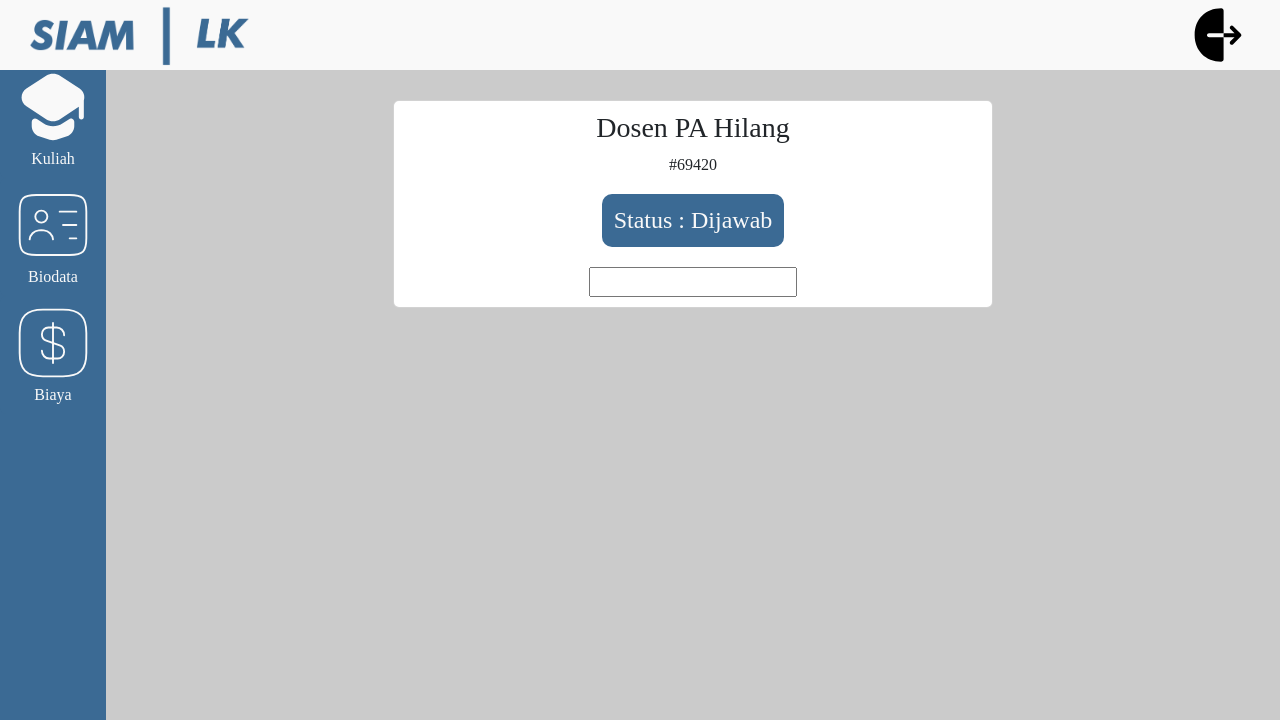
Repository: haikalirf/Project-IMK
Page: lihattiket.html
These files come from the project's save history. The page is drawn as it stood at one moment and after the next save; the edit follows.
The browser window is 1280 px wide. The pictures show the whole page.
Some web fonts or font styles are not loaded; a fallback is used.

Above is the page before, as saved 2022-12-14 19:32:02.
Not found: scripts/.js

### lihattiket.html
<!DOCTYPE html>
<html lang="en">
<head>
	<meta charset="UTF-8">
	<meta http-equiv="X-UA-Compatible" content="IE=edge">
	<meta name="viewport" content="width=device-width, initial-scale=1.0">
	<title>SIAM</title>
	<link rel="icon" href="/assets/logo_ub.ico">
	<link rel="stylesheet" href="https://cdn.jsdelivr.net/npm/bootstrap@5.2.3/dist/css/bootstrap.min.css" integrity="sha384-rbsA2VBKQhggwzxH7pPCaAqO46MgnOM80zW1RWuH61DGLwZJEdK2Kadq2F9CUG65" crossorigin="anonymous">
	<link rel="stylesheet" href="/styles/lihattiket.css">
</head>
<body>
	<nav class="navbar" id="navbar">
		<div class="navbar-left">
			<a class="navbar-brand" href="/kuliah.html">
				<img class="navbar-image" src="/assets/SIAM.png" alt="SIAM">
			</a>
			<img src="/assets/Garis.svg" alt="">
			<a class="navbar-extra" href="kemahasiswaan.html">
				<img class="navbar-image" src="assets/LK.png" alt="Layanan Kemahasiswaan">
			</a>
		</div>
		<a class="navbar-link" href="landing.html">
			<img id="navbar-image" src="/assets/Logout.svg" alt="Logout">
		</a>
	</nav>
	<div class="mh-100" id="sidebar">
		<a class="btn" href="kuliah.html">
			<img id="sidebar-kuliah" src="/assets/Kuliah Logo.svg" alt="Kuliah">
			<label for="sidebar-kuliah">Kuliah</label>
		</a>
		<a class="btn" href="">
			<img id="sidebar-biodata" src="/assets/Biodata Logo Kosong.svg" alt="Biodata">
			<label for="sidebar-biodata">Biodata</label>
		</a>
		<a class="btn" href="">
			<img id="sidebar-biaya" src="/assets/Biaya Logo Kosong.svg" alt="Biaya">
			<label for="sidebar-biaya">Biaya</label>
		</a>
	</div>
	<main>
		<div class="card">
			<h3>Dosen PA Hilang</h3>
			<h6>#69420</h6>
			<div class="status">
				<h4>Status : Dijawab</h4>
			</div>
			<input type="text">
		</div>
	</main>
	<script src="https://cdn.jsdelivr.net/npm/bootstrap@5.2.3/dist/js/bootstrap.bundle.min.js" integrity="sha384-kenU1KFdBIe4zVF0s0G1M5b4hcpxyD9F7jL+jjXkk+Q2h455rYXK/7HAuoJl+0I4" crossorigin="anonymous"></script>
	<script src="/scripts/.js"></script>
</body>
</html>

### styles/lihattiket.css
/* CSS Reset */
/*
	Josh's Custom CSS Reset
	https://www.joshwcomeau.com/css/custom-css-reset/
*/
*, *::before, *::after {
	box-sizing: border-box;
}
  * {
	margin: 0;
}
html, body {
	height: 100%;
}
body {
	line-height: 1.5;
	-webkit-font-smoothing: antialiased;
}
img, picture, video, canvas, svg {
	display: block;
	max-width: 100%;
}
input, button, textarea, select {
	font: inherit;
}
p, h1, h2, h3, h4, h5, h6 {
	overflow-wrap: break-word;
}
#root, #__next {
	isolation: isolate;
}
/* CSS Reset ends */

body {
	background-color: #cbcbcb;
	font-family: 'readex';
	font-size: 16px;
}

@font-face {
	font-family: 'readex';
	src:url('/assets/fonts/ReadexPro-Medium.ttf');
}

#navbar {
	display: flex;
	justify-content: space-between;
	position: fixed;
	background-color: #f9f9f9;
	z-index: 1;
	width: 100%;
	padding: 0px 30px;
}

.navbar-left {
	display: flex;
	align-items: center;
}

.navbar-image {
	height: 50px;
}

.navbar-extra {
	padding-bottom: 5px;
	margin-left: 15px;
}

main {
	padding-top: 100px;
	padding-bottom: 40px;
	padding-left: 106px;
	display: flex;
	flex-direction: column;
	align-items: center;
	height: 100vh;
	gap: 20px;
}

#sidebar {
	background-color: #3b6a94;
	display: flex;
	flex-direction: column;
	flex: 1;
	position: fixed;
	height: 100vh;
	padding-top: 60px;
}

#sidebar a:hover {
	background-color: #266093;
}

#sidebar img {
	width: 80px;
	height: 80px;
}

a img, a label {
	color: #f9f9f9;
}

.btn {
	background-color: #3b6a94;
}

.btn:hover {
	background-color: #266093;
}

.card {
	display: flex;
	justify-content: center;
	align-items: center;
	width: 600px;
}

.card * {
	margin: 10px;
}

.card h6 {
	margin-top: 0px;
}

.status {
	background-color: #3b6a94;
	border-radius: 10px;
	color: #f9f9f9;
	padding: 2px;
}

After the next save:
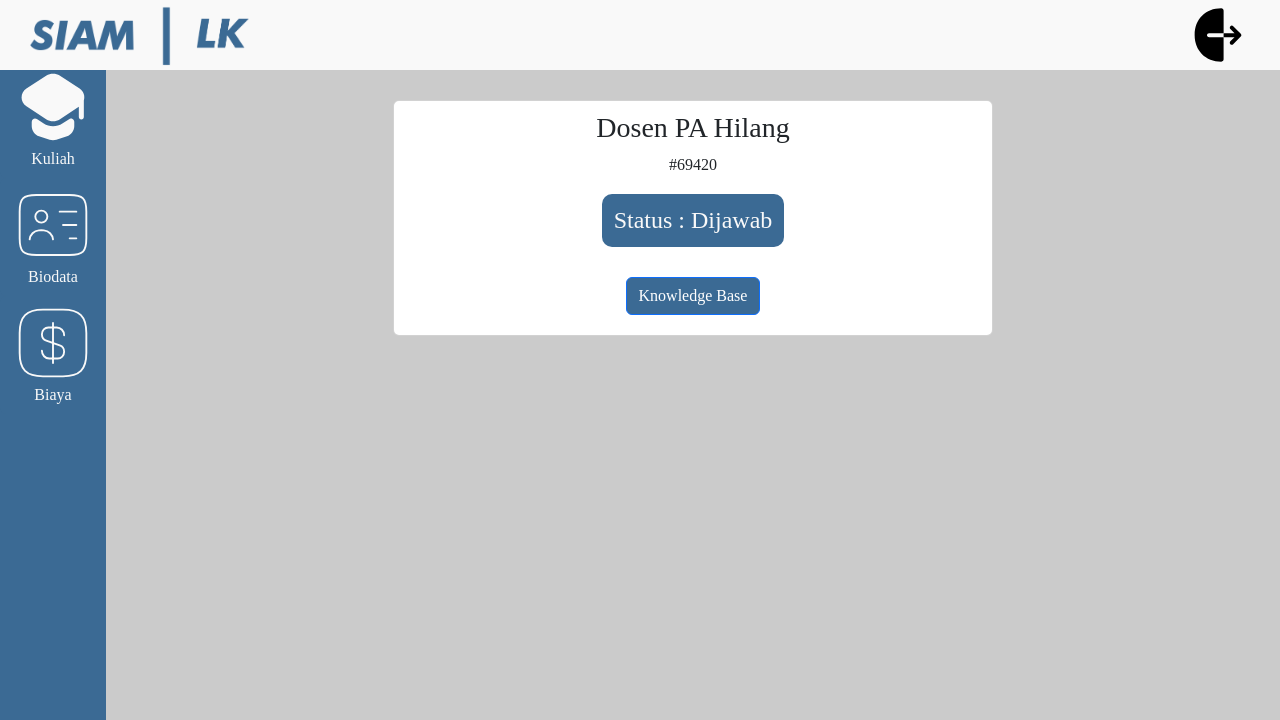
Saved 14 s later.
--- a/lihattiket.html
+++ b/lihattiket.html
@@ -45,7 +45,9 @@
 			<div class="status">
 				<h4>Status : Dijawab</h4>
 			</div>
-			<input type="text">
+			<a href="">
+				<button type="button" class="btn btn-primary buttons">Knowledge Base</button>
+			</a>
 		</div>
 	</main>
 	<script src="https://cdn.jsdelivr.net/npm/bootstrap@5.2.3/dist/js/bootstrap.bundle.min.js" integrity="sha384-kenU1KFdBIe4zVF0s0G1M5b4hcpxyD9F7jL+jjXkk+Q2h455rYXK/7HAuoJl+0I4" crossorigin="anonymous"></script>
